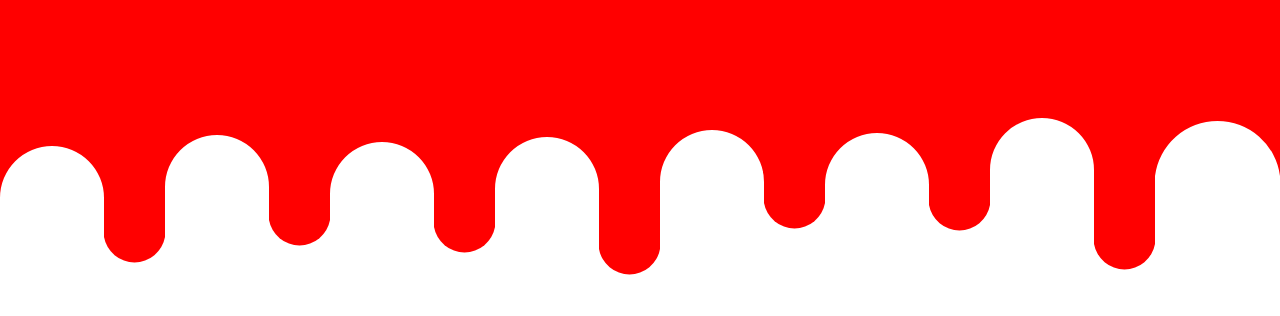
Repository: l-ollie/drip
Page: index.html
An editor plug-in stored every save of this project. The page is shown before and after the next save, followed by the edit.
The browser window is 1280 px wide. The pictures show the whole page.

Above is the page before, as saved 2022-06-30 18:22:46.

### index.html
<!DOCTYPE html>
<!--[if lt IE 7]>      <html class="no-js lt-ie9 lt-ie8 lt-ie7"> <![endif]-->
<!--[if IE 7]>         <html class="no-js lt-ie9 lt-ie8"> <![endif]-->
<!--[if IE 8]>         <html class="no-js lt-ie9"> <![endif]-->
<!--[if gt IE 8]>      <html class="no-js"> <!--<![endif]-->
<html>
    <head>
        <meta charset="utf-8">
        <meta http-equiv="X-UA-Compatible" content="IE=edge">
        <title>Drip</title>
        <meta name="description" content="">
        <meta name="viewport" content="width=device-width, initial-scale=1">
        <link rel="stylesheet" href="assets/style.css">
    </head>
    <body>
        <!--[if lt IE 7]>
            <p class="browsehappy">You are using an <strong>outdated</strong> browser. Please <a href="#">upgrade your browser</a> to improve your experience.</p>
        <![endif]-->
        <div id="container">
            <!-- <svg width="100%" height="100%" xmlns="http://www.w3.org/2000/svg">
                <style>


                    .point-cursor { cursor: pointer; } /* specific elements */
                  </style>

                <path id="drip1"   class="point-cursor" d="M 0 0 v 100 a 50 50 1 0 0 100 0 v -100 Z"  fill="red">
                    <animate

                    id="dripAnim1"
                    attributeName="d"
                    dur="0.5"
                    type="translate"
                    begin="indefinite; "
                    repeatCount="1"
                    calcMode="spline"
                    keySplines=".21,.3,.01,.98"
                    values="M 0 0 v 100 a 50 50 1 0 0 100 0 v -100 Z ; M 0 0 v 100 a 50 50 1 0 0 100 0 v -100 Z"
                    />
                </path>



                <path id="ball1" d="M 100 0 v 100 a 50 50 0 0 1 100 0 v -100 Z"  fill="red">
                <animate
                id="anim1"
                attributeName="d"
                from="M 100 0 v 100 a 50 50 0 0 1 100 0 v -100 Z"
                to="M 100 0 v 200 a 50 50 0 0 1 100 0 v -200 Z"
                dur="1"
                type="translate"
                begin="0s; "
                repeatCount="1"
                fill="freeze"
                calcMode="spline"
                keySplines="0.4 0 0.2 1"
                values="
                M 100 0 v 200 a 50 50 0 0 1 100 0 v -200 Z
                ;
                M 100 0 v 100 a 50 50 0 0 1 100 0 v -100 Z
                "
                />
                <!-- <animate
                id="anim2"
                attributeName="d"
                from="M 100 0 v 200
                a 50 50 0 0 1 100 0
                v -200 Z"
                to="M 100 0 v 100
                a 50 50 0 0 1 100 0
                v -100 Z"
                dur="1"
                type="translate"
                begin="anim1.end"
                easing="ease-in-out"
                /> -->
                <!-- </path>

              </svg>  -->
        </div>

        <script src="drip.js" async defer></script>
    </body>
</html>

### assets/style.css
body{
    margin: 0px;
}

#container{
    height: 90vh;
}

.point-cursor { cursor: pointer; }

### drip.js
// svg.appendChild(r);
// @ts-check

function makeSVG() {
	const amount = 15;
	// const width = 50;
	const height = 200;
	let currentXPos = 0;

	const windowWidth = window.innerWidth;
	const pathWidth = Math.ceil(windowWidth / amount);

	let svgElement = document.createElementNS('http://www.w3.org/2000/svg', 'svg');
	svgElement.setAttributeNS(null, 'width', '100%');
	svgElement.setAttributeNS(null, 'height', '100%');

	for (let i = 0; i < amount; i++) {
		svgElement.appendChild(lowDrip(pathWidth, height, i));
	}
	document.getElementById('container').appendChild(svgElement);

	////////////////////////////////
	function lowDrip(width, height, i) {
		const dripLow = '1 0 0';
		const dripHigh = '0 0 1';
		let isLow;
		let arc;
		const idNames = [ 'drip', 'curve' ];
		let idName;
		const random = Math.random() * 50;

		if (i % 2 !== 0) {
			isLow = true;
			arc = dripLow;
			width = Math.ceil(width * 0.7);
			height = Math.ceil(height + random);
		} else {
			isLow = false;
			arc = dripHigh;
			width = Math.ceil(width * 1.2);
			height = Math.ceil(height - random);
		}
		if (i === amount - 1) {
			width = windowWidth - currentXPos;
			console.log(width);
		}

		function setAttributeNSForSvg(createElement, attributes, pathElement) {
			let _svg = document.createElementNS('http://www.w3.org/2000/svg', createElement);
			const halfWidth = Math.ceil(width / 2);
			const _singlePath = `M ${currentXPos} 0 v ${height} a ${halfWidth} ${halfWidth} ${arc} ${width} 0 v -${height} Z`;

			for (let y = 0; y < attributes.length; y++) {
				_svg.setAttributeNS(null, attributes[y][0], attributes[y][1]);
			}
			if (_svg.tagName.toLowerCase() === 'path') {
				_svg.setAttributeNS(null, 'd', `${_singlePath}`);

				console.log(`path = ${_singlePath}`);
				currentXPos += width;
				return _svg;
			} else {
				console.log(`animate = ${_singlePath}`);
				const _copiedPath = getPathFromSvg(pathElement.getAttributeNS(null, 'd'));
				_svg.setAttributeNS(null, 'values', `${_copiedPath} ; ${_copiedPath}`);

				return _svg;
			}
		}

		const attributesDripPath = [ [ 'id', `${isLow ? idNames[0] : idNames[1]}${i}` ], [ 'fill', 'red' ] ];
		let _path = setAttributeNSForSvg('path', attributesDripPath);
		// if (isLow) console.log('adding cursur to ' + `${_path.getAttributeNS(null, 'id')}`);

		if (isLow === false) {
			return _path;
		} else {
			_path.setAttributeNS(null, 'class', 'point-cursor');
			const attributesDripAnim = [
				[ 'id', `dripAnim${i}` ],
				[ 'attributeName', 'd' ],
				[ 'dur', '0.3' ],
				[ 'type', 'translate' ],
				[ 'begin', 'indefinite; ' ],
				[ 'repeatCount', '1' ],
				[ 'calcMode', 'spline' ],
				[ 'keySplines', '.21,.3,.01,.98' ]
			];
			let _anim = setAttributeNSForSvg('animate', attributesDripAnim, _path);
			_path.appendChild(_anim);

			return _path;
		}
	}
}

makeSVG();

function getPathFromSvg(path) {
	const regexPath = /M+ +[0-9]+ +[0-9]+ +v+ +[0-9]+ +a+ +[0-9]+ +[0-9]+ +[0-9]+ +[0-9]+ +[0-9]+ +[0-9]+ +[0-9]+ +v+ +-+[0-9]+ +Z/g;

	let value;
	let values = [];

	while ((value = regexPath.exec(path)) !== null) {
		values.push(value[0]);
	}
	return values;
}

container.onmousedown = function(e) {
	const dripIDRegex = /drip/;
	let el = e.target.correspondingUseElement ? e.target.correspondingUseElement : e.target;
	const elementId = el.getAttributeNS(null, 'id');
	const dripName = dripIDRegex.exec(elementId);
	if (dripName === null) {
		return;
	}
	document.addEventListener('mousemove', onMouseMove);
	const dripNum = /[0-9]+/.exec(elementId);
	const clickBeginYPos = e.pageY;
	let dragLength = 0;
	let pathD = el.getAttribute('d');

	function onMouseMove(e) {
		dragLength = e.pageY - clickBeginYPos;
		el.setAttributeNS(null, 'd', addLength(pathD, dragLength));
	}

	function addLength(oldLength, dragLength) {
		const regex = /v+ +[0-9]+|v+ +-+[0-9]+/g;
		const drippingPoints = oldLength.match(regex);
		const drippingLength = Number(/[0-9]+/.exec(drippingPoints[0]));
		let newDrippingPoints = oldLength.replace(drippingPoints[0], `v ${drippingLength + dragLength}`);
		newDrippingPoints = newDrippingPoints.replace(drippingPoints[1], `v -${drippingLength + dragLength}`);
		return newDrippingPoints;
	}

	onmouseup = function() {
		document.removeEventListener('mousemove', onMouseMove);
		container.onmouseup = null;
		changeAnimation();

		function changeAnimation() {
			if (dragLength === 0) {
				return;
			}
			const animId = Number(/[0-9]+/.exec(elementId));

			const regexPath = /M+ +[0-9]+ +[0-9]+ +v+ +[0-9]+ +a+ +[0-9]+ +[0-9]+ +[0-9]+ +[0-9]+ +[0-9]+ +[0-9]+ +[0-9]+ +v+ +-+[0-9]+ +Z/g;
			let svgAnimation = document.getElementById(`dripAnim${animId}`);
			const valuesProp = svgAnimation.getAttributeNS(null, 'values');

			const values = getPathFromSvg(valuesProp);

			const changedValue = valuesProp.replace(values[0], `${addLength(values[1], dragLength)}`);
			svgAnimation.setAttributeNS(null, 'values', changedValue);
			svgAnimation.beginElement();
			el.setAttributeNS(null, 'd', pathD);
			dragLength = 0;
		}
	};
};

After the next save:
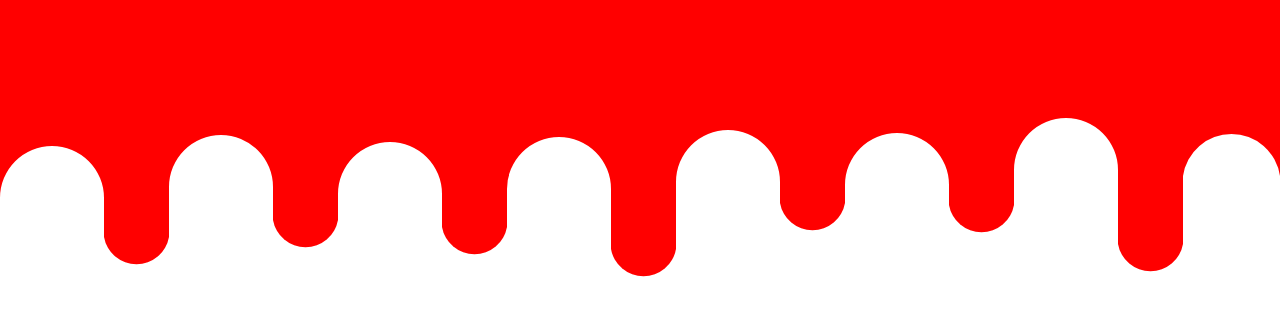
Saved 7 s later.
--- a/drip.js
+++ b/drip.js
@@ -32,7 +32,7 @@ function makeSVG() {
 		if (i % 2 !== 0) {
 			isLow = true;
 			arc = dripLow;
-			width = Math.ceil(width * 0.7);
+			width = Math.ceil(width * 0.75);
 			height = Math.ceil(height + random);
 		} else {
 			isLow = false;
